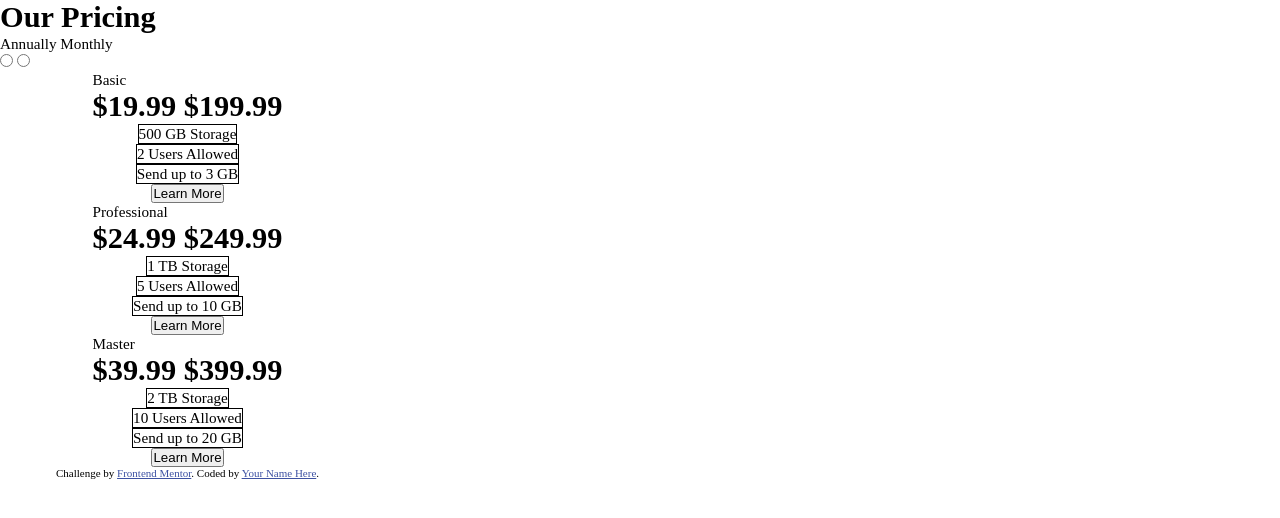
Repository: JuzzJoel/pricing-component-with-toggle-master
Page: index.html
These files come from the project's save history. The page is drawn as it stood at one moment and after a run of saves; the edit follows.
The browser window is 1280 px wide. The pictures show the whole page.

Above is the page before, as saved 2025-05-24 08:05:17.

After the next 2 saves:
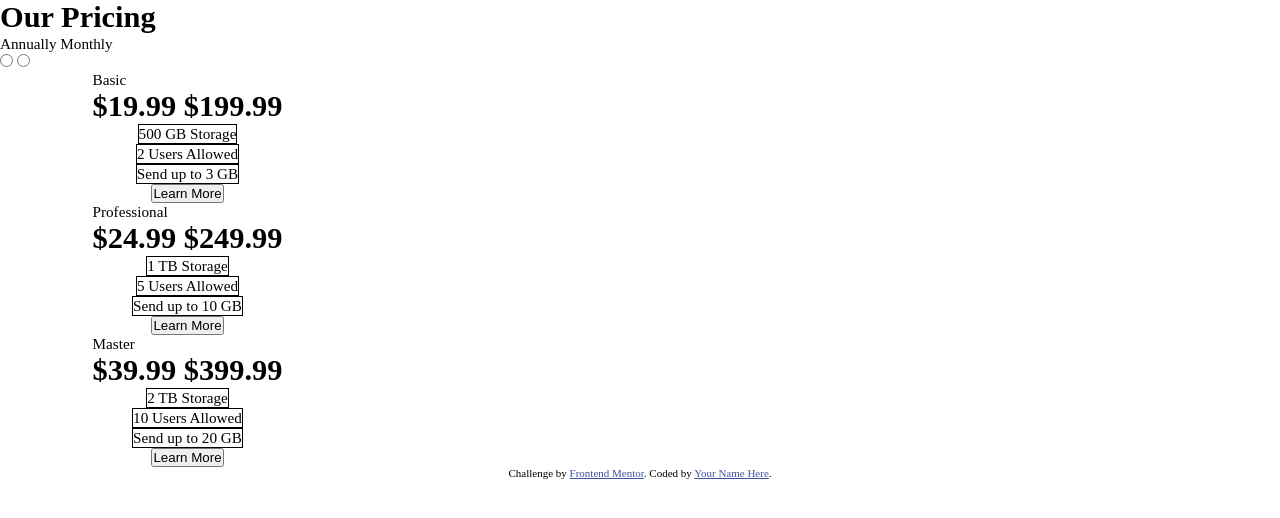
The 2 saves are shown as one change because they came seconds apart.
The last was saved 26 s later.
--- a/index.html
+++ b/index.html
@@ -33,11 +33,12 @@
     .attribution a { color: hsl(228, 45%, 44%); }
 body{
   font-size: 0.95rem;
-  width: 375px;
+
 }
 
 
 .container{
+  width: 375px;
 
 }
   .pricing-header{
